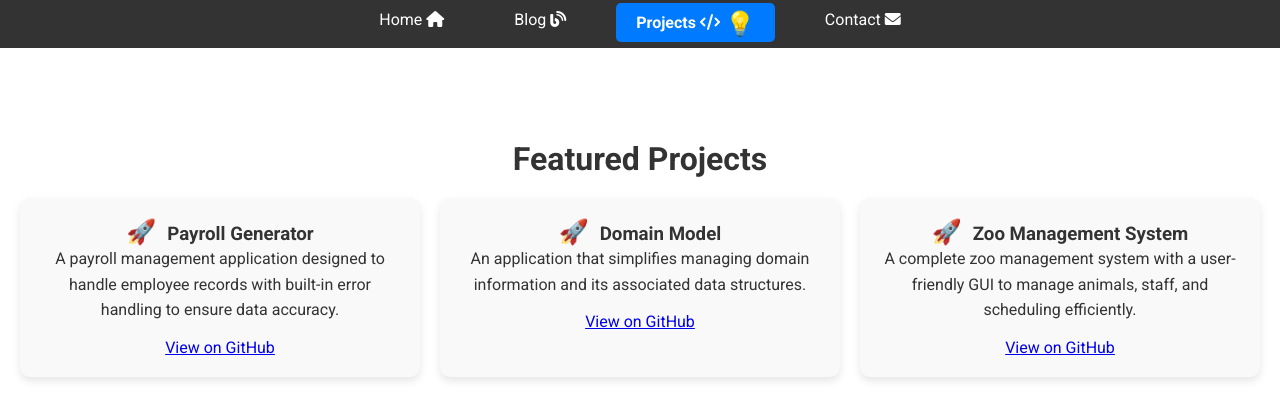
Repository: liwingy/cs5610_fall24_project1
Page: projects.html
These files come from the project's save history. The page is drawn as it stood at one moment and after the next save; the edit follows.
The browser window is 1280 px wide. The pictures show the whole page.

Above is the page before, as saved 2024-10-07 21:30:08.

### projects.html
<!DOCTYPE html>
<html lang="en">
<head>
    <meta charset="UTF-8">
    <meta name="viewport" content="width=device-width, initial-scale=1.0">
    <title>Wing Yee Li | Projects</title>
    <link rel="stylesheet" href="style.css">
    <link rel="icon" href="./sources/favicon.ico" type="image/x-icon">
    <link rel="stylesheet" href="https://cdnjs.cloudflare.com/ajax/libs/font-awesome/6.0.0-beta3/css/all.min.css">
</head>
<body>
    <nav>
        <ul>
            <li><a href="homepage.html">Home <i class="fas fa-home"></i></a></li>
            <li><a href="blog.html">Blog <i class="fas fa-blog"></i></a></li>
            <li><a href="projects.html" class="active">Projects <i class="fas fa-code"></i></a></li>
            <li><a href="contact.html">Contact <i class="fas fa-envelope"></i></a></li>
        </ul>
    </nav>
    <main>
        <section class="projects">
            <h2>Featured Projects</h2>
            <div class="grid">
                <div class="project-item">
                    <h3>Payroll Generator</h3>
                    <p>A payroll management application designed to handle employee records with built-in error handling to ensure data accuracy.</p>
                    <a href="https://github.com/Su24-CS5004-Online-Lionelle/homework-03-liwingy/tree/main/src/main/java/student" target="_blank">View on GitHub</a>
                </div>
                <div class="project-item">
                    <h3>Domain Model</h3>
                    <p>An application that simplifies managing domain information and its associated data structures.</p>
                    <a href="https://github.com/Su24-CS5004-Online-Lionelle/homework-07-liwingy/tree/main/src/main/java/student/model" target="_blank">View on GitHub</a>
                </div>
                <div class="project-item">
                    <h3>Zoo Management System</h3>
                    <p>A complete zoo management system with a user-friendly GUI to manage animals, staff, and scheduling efficiently.</p>
                    <a href="https://github.com/Su24-CS5004-Online-Lionelle/final-project-group-12" target="_blank">View on GitHub</a>
                </div>
            </div>
        </section>
    </main>
</body>
</html>

### style.css
@import url('https://fonts.googleapis.com/css2?family=Roboto:wght@400;700&display=swap');

* {
    margin: 0;
    padding: 0;
    box-sizing: border-box;
    font-family: 'Roboto', sans-serif;
}

body, html {
    height: 100%;
    margin: 0;
}

body {
    background-color: rgb(255, 255, 255);
    color: #333;
    display: flex;
    flex-direction: column;   /* Stack the content vertically */
    height: 100vh;            /* Make sure the body takes up the full viewport height */
}

main {
    display: flex;
    justify-content: center;
    align-items: center;
    flex-direction: column;
    height: auto;
    margin-top: 80px;
    padding-top: 20px;
}

header {
    text-align: center;
}

.blog, .projects, .contact, .about-me {
    margin-top: 20px;
    padding: 20px;
    width: 100%;
    margin-bottom: 40px; /* Add space between sections */
    text-align: center;
}

.about-me h3:before {
    content: "⭐"; /* Add an icon or symbol before each section */
    font-size: 1.5rem;
    color: #007BFF;
    margin-right: 5px;
}

.highlight {
    font-weight: bold;
    color: black; /* Highlight the text in a different color */
}

ul {
    list-style-type: disc;
    list-style-position: inside; /* Ensures the bullet points are aligned with the text */
    padding-left: 0; /* Removes extra left padding on the list */
    padding-left: 20px; /* Add some padding to ensure bullets are positioned properly */
}

li {
    margin-left: 0; /* Adds a little space between the bullet and text */
}


nav {
    width: 100%;              /* Full width navigation bar */
    background-color: #333;    /* Background color for the navbar */
    position: fixed;          /* Keep the navbar fixed at the top */
    top: 0;
    left: 0;
    padding: 10px 0;          /* Add some padding for spacing */
    z-index: 1;               /* Ensure the navbar stays above other content */
}

nav ul {
    list-style: none;
    display: flex;            /* Display the list items in a row */
    justify-content: center;  /* Center the list items horizontally */
    margin: 0;
    padding: 0;
}

nav ul li {
    margin: 0 15px;           /* Space between each nav item */
}

nav ul li a {
    color: #fff;
    text-decoration: none;
    padding: 10px 20px;       /* Add padding around each link */
    transition: background-color 0.3s;
}

nav ul li a:hover {
    border-bottom: 2px solid #007BFF;
    font-size: 1.05em;
    color: #007BFF;
    transition: all 0.3s ease-in-out;
}

.active {
    background-color: #007BFF;
    font-weight: bold;
    border-radius: 5px;
    padding: 10px 20px;
}

nav ul li a.active::after {
    content: "💡";
    color: #007BFF;
    font-size: 1.5rem;
    margin-left: 5px;
    vertical-align: middle;
}

h1 {
    font-size: 2.5rem;
    margin-top: 60px;        /* Add space from the navbar */
}

h2 {
    font-size: 2rem;
    margin-bottom: 10px;
}

h1, h2, h3 {
    font-weight: 700; /* Make headings bold */
}

p {
    line-height: 1.6; /* Improve readability */
    margin-bottom: 15px; /* Add space between paragraphs */
}

.grid {
    display: grid;
    grid-template-columns: repeat(auto-fit, minmax(250px, 1fr)); /* Auto-fit for responsiveness */
    gap: 20px; /* Space between grid items */
    margin-top: 20px;
}

.blog-item {
    padding: 20px;
    border-radius: 10px;
    box-shadow: 0 4px 8px rgba(0, 0, 0, 0.1);
    background-color: #f9f9f9;
}

.blog-item h3:before {
    content: "💕";
    color: #007BFF;
    font-size: 1.5rem;
    margin-right: 5px;
}

.blog img {
    display: block;        /* Ensures the image is a block element, so it stays on its own line */
    margin-top: 10px;      /* Adds space between text and image */
    margin-bottom: 20px;   /* Adds space after the image */
    max-width: 300px;      /* Adjust the size to fit nicely within the content */
    width: 100%;
    height: auto;
    border-radius: 10px;   /* Optional: add rounded corners to images */
}

/* Blog-specific ul styling */
.blog ul {
    list-style-type: none;  /* Removes the bullet points */
    padding-left: 0; /* Ensure no extra padding is added here */
    margin-left: 0; /* Remove any additional margins */
}

/* Blog-specific li styling */
.blog li {
    padding-left: 0;  /* Ensures no extra padding between bullet and text */
    margin-left: 0; /* No margin needed */
}

.project-item {
    padding: 20px;
    border-radius: 10px;
    box-shadow: 0 4px 8px rgba(0, 0, 0, 0.1);
    background-color: #f9f9f9;
}

.project-item h3:before {
    content: "🚀 ";
    color: #007BFF;
    font-size: 1.5rem;
    margin-right: 5px;
}

.centered-video,
.pics {
    max-width: 300px;
    width: 100%;
    height: auto;
    display: block;
    margin: 20px auto;
    border-radius: 10px;
    box-shadow: 0 4px 8px rgba(0, 0, 0, 0.2); /* Add a shadow */
    transition: transform 0.3s ease-in-out, box-shadow 0.3s ease-in-out;
}

.centered-video:hover,
.pics:hover {
    transform: scale(1.05); /* Slightly enlarge the image on hover */
    box-shadow: 0 6px 12px rgba(0, 0, 0, 0.3); /* Increase shadow on hover */
}

/* Responsive design */
@media screen and (max-width: 768px) {
    nav ul {
        flex-direction: column;  /* Stack the navbar links vertically on small screens */
        align-items: center;
    }

    nav ul li {
        margin: 10px 0;          /* Space out vertically in mobile view */
    }

    h1 {
        font-size: 1.8rem;
        margin-top: 100px;       /* Adjust spacing on small screens */
    }
}

/* Custom scrollbar */
::-webkit-scrollbar {
    width: 8px;
}

::-webkit-scrollbar-track {
    background: #f1f1f1;
}

::-webkit-scrollbar-thumb {
    background-color: #333; /* Match scrollbar with active link color */
    border-radius: 10px;
}

After the next save:
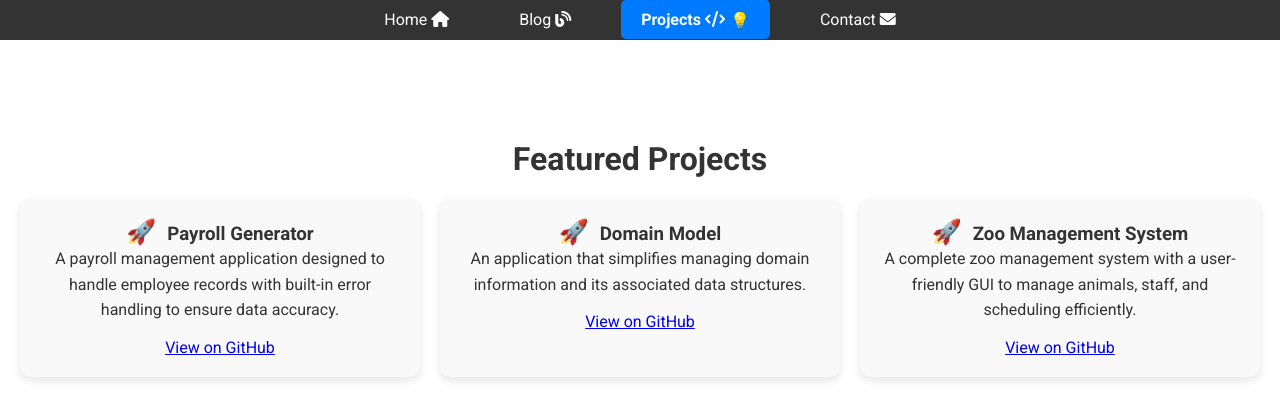
Saved 9 s later.
--- a/style.css
+++ b/style.css
@@ -112,7 +112,7 @@
 nav ul li a.active::after {
     content: "💡";
     color: #007BFF;
-    font-size: 1.5rem;
+    font-size: 1rem;
     margin-left: 5px;
     vertical-align: middle;
 }

After the save that followed:
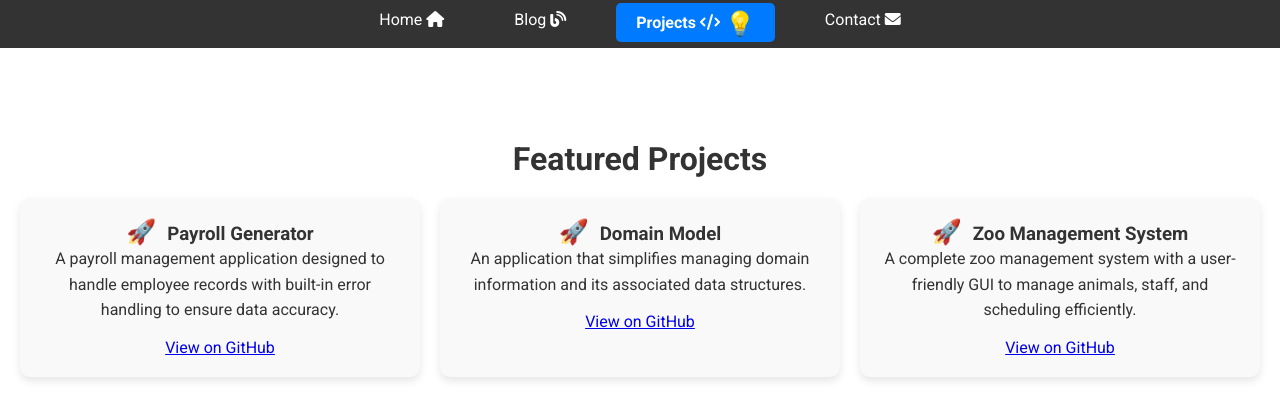
Saved 33 s later.
--- a/style.css
+++ b/style.css
@@ -112,7 +112,7 @@
 nav ul li a.active::after {
     content: "💡";
     color: #007BFF;
-    font-size: 1rem;
+    font-size: 1.5rem;
     margin-left: 5px;
     vertical-align: middle;
 }
